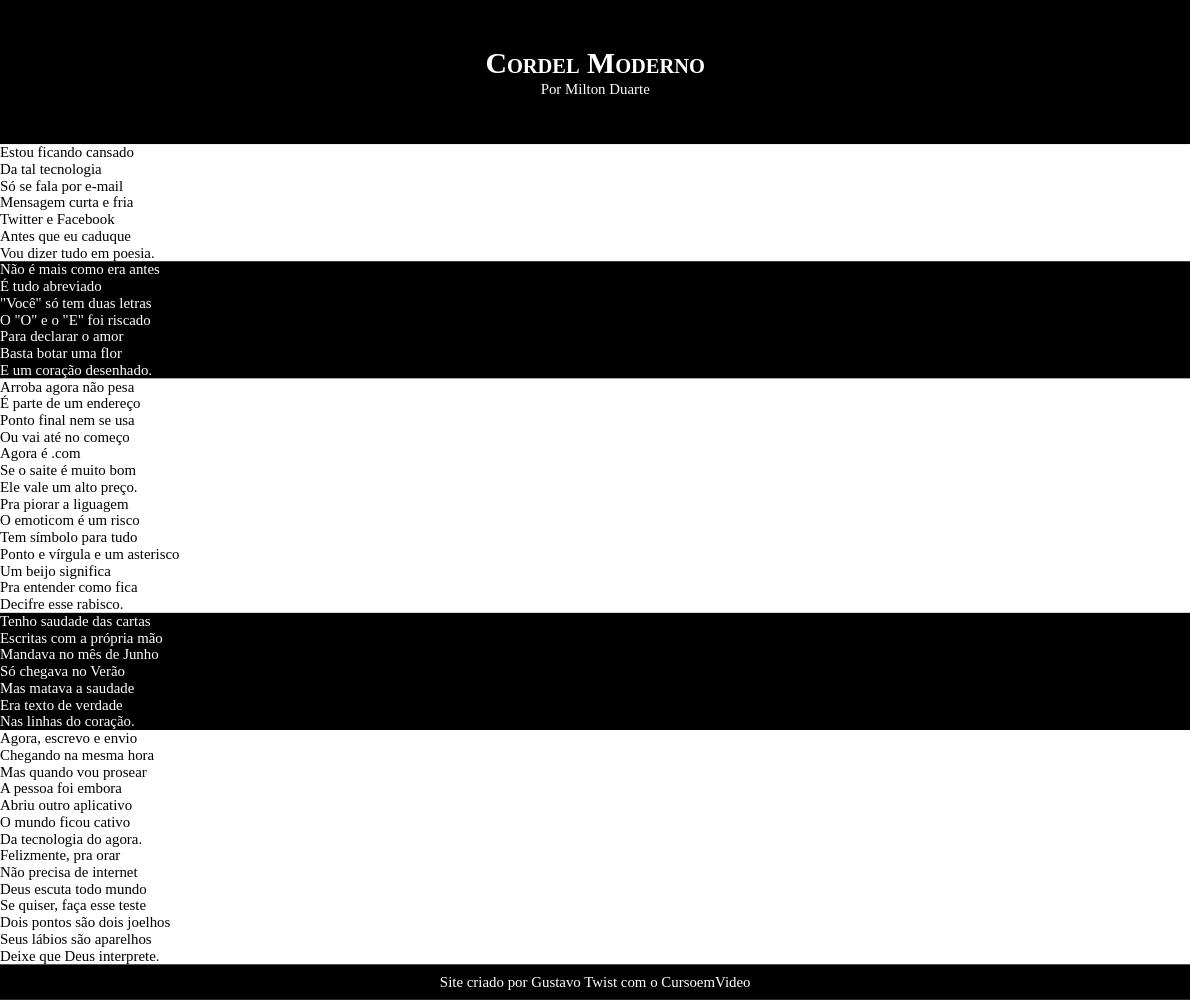
Repository: gustavotwist/projeto-cordel
Page: index.html
An editor plug-in stored every save of this project. The page is shown before and after a run of saves, followed by the edit.
The browser window is 1280 px wide. The pictures show the whole page, at 93% of full size.

Above is the page before, as saved 2024-04-19 13:55:27.

After the next 2 saves:
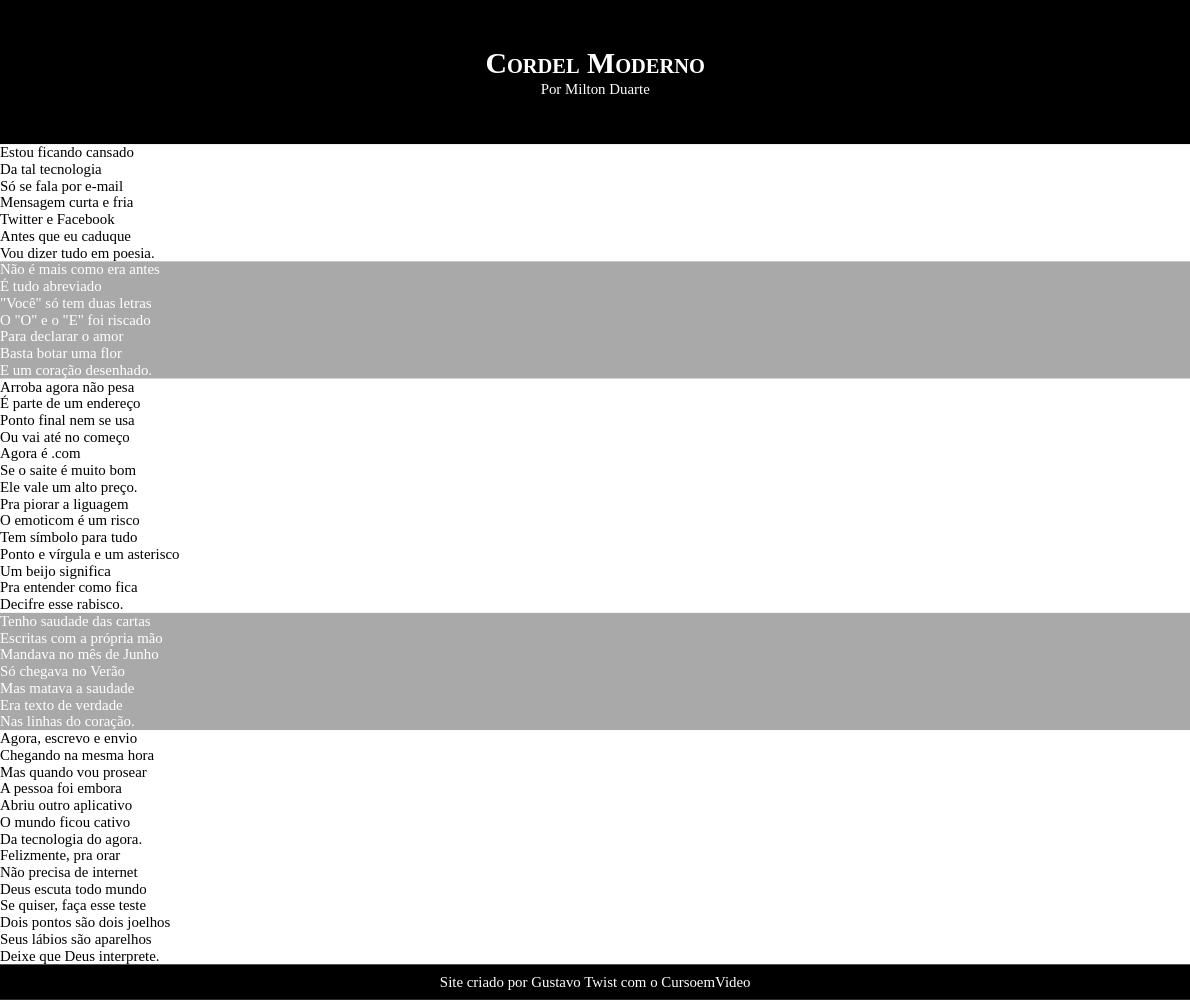
The 2 saves are shown as one change because they came seconds apart.
The last was saved 10 s later.
--- a/estilo/style.css
+++ b/estilo/style.css
@@ -40,7 +40,7 @@ section.normal {
 }
 
 section.imagem {
-    background-color: black;
+    background-color: rgb;
     color: white;
 }
 
